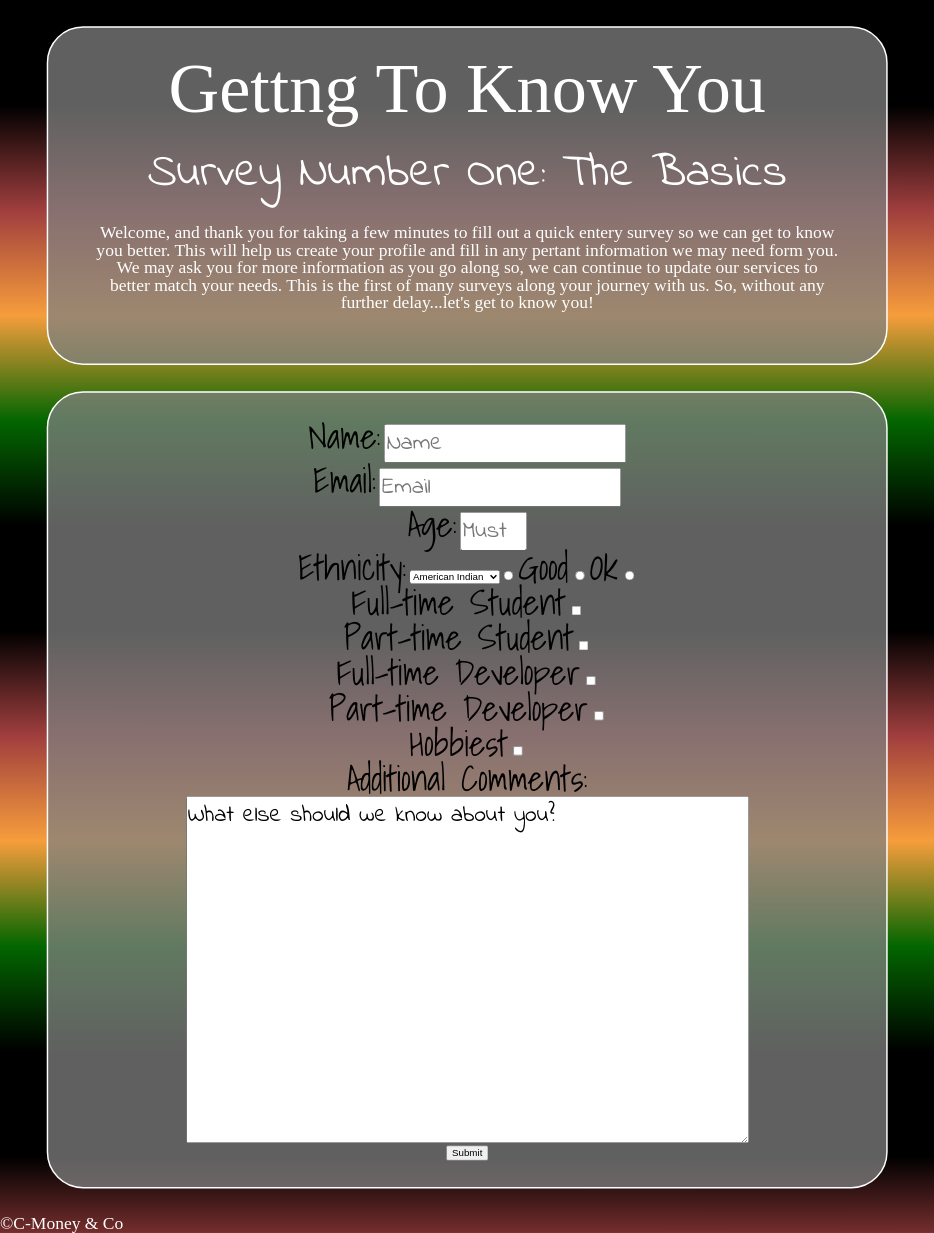
Repository: ctcoleman/surveyForm
Page: index.html
An editor plug-in stored every save of this project. The page is shown before and after a run of saves, followed by the edit.
The browser window is 1280 px wide. The pictures show the whole page, at 73% of full size.
Some web fonts or font styles are not loaded; a fallback is used.

Above is the page before, as saved 2020-06-29 11:20:02.

### index.html
<!DOCTYPE html>
<html lang="en">

<!-- Head -->

<head>
  <meta name="description" content="Survey Form Example Project">
  <meta name="author" content="Christopher Coleman">
  <meta name="title" content="Survey Form Project">
  <meta name="keywords" content="Survey, Forms, HTML, CSS, Example, Project" <meta name="viewport"
    content="width=device-width, initial-scale=1.0">
  <meta charset="UTF-8">
  <link rel="stylesheet" type="text/css" href="/assets/stylesheets/index.css">
  <link
    href="https://fonts.googleapis.com/css2?family=Holtwood+One+SC&family=Indie+Flower&family=Shadows+Into+Light&display=swap"
    rel="stylesheet">
  <title>.:Getting to know you:.</title>
</head>

<!-- Body -->

<body>


  <!-- Main Content-->
  <main id="main">

    <!-- Header -->
    <header id="titleHeading" class="heading">
      <h1 id="title">Gettng To Know You</h1>
      <h2>Survey Number One: The Basics</h2>
      <section class="descriptionSection">
        <p id="description">Welcome, and thank you for taking a few minutes to fill out a quick entery survey so we can
          get to know you better. This will help us create your profile and fill in any pertant information we may need
          form you. We may ask you for more information as you go along so, we can continue to update our services to
          better match your needs. This is the first of many surveys along your journey with us. So, without any further
          delay...let's get to know you!</p>
      </section>
    </header>

    <!-- Survey Form -->
    <form id="survey-form" class="formWrapper" action="#" method="post">
      <!-- Name -->
      <div class="formEntery nameEntery">
        <label id="name-label" for="name">Name:</label>
        <input type="text" id="name" name="user_name" placeholder="Name" required>
      </div>
      <!-- E-Mail -->
      <div class="formEntery emailEntery">
        <label id="email-label" for="email">Email:</label>
        <input type="email" id="email" name="user_email" placeholder="Email" required>
      </div>
      <!-- Number -->
      <div class="formEntery numberEntery">
        <label id="number-label" for="number">Age:</label>
        <input type="number" id="number" placeholder="Must be older than 18" min="18" max="150">
      </div>
      <!-- Dropdown -->
      <div id="dropDownEntery" class="formEntery">
        <label for="dropdown-label">Ethnicity:</label>
        <select type="dropdown" id="dropdown" placeholder="Select from the following" required>
          <option value="americanIndian">American Indian</option>
          <option value="asian">Asian</option>
          <option value="africanAmerican">African American</option>
          <option value="hispanic">Hispanic</option>
          <option value="pacificIslander">Pacific Islander</option>
          <option value="white">White</option>
      </div>
      <!-- Radio Buttons -->
      <div id="radioButtons" class="formEntery radioButtons">

        <label for="radioGreat">Great</label>
        <input class="radio" type="radio" id="radioGreat" name="radio" value="Great">

        <label for="radioGood">Good</label>
        <input class="radio" type="radio" id="radioGood" name="radio" value="Good">

        <label for="radioOk">Ok</label>
        <input class="radio" type="radio" id="radioOk" name="radio" value="Ok">

      </div>

      <div id="checkboxInputs" class="formEntery checkbox">
        <div id="fullTimeStudentCheck">
          <label for="fullTimeStudent">Full-time Student</label>
          <input type="checkbox" id="fullTimeStudent" name="Full-time Student" value="Full-time Student">
        </div>
        <div id="partTimeStudentCheck">
          <label for="partTimeStudent">Part-time Student</label>
          <input type="checkbox" id="partTimeStudent" name="Part-time Student" value="Part-time Student">
        </div>
        <div id="fullTimeDeveloperCheck">
          <label for="fullTimeDev">Full-time Developer</label>
          <input type="checkbox" id="fullTimeDev" name="Full-time Developer" value="Full-time Developer">
        </div>
        <div id="partTimeDeveloperCheck">
          <label for="partTimeDev">Part-time Developer</label>
          <input type="checkbox" id="partTimeDev" name="Part-time Developer" value="Part-time Developer">
        </div>
        <div id="hobbiestCheckbox">
          <label for="hobbiest">Hobbiest</label>
          <input type="checkbox" id="hobbiest" name="Hobbiest" value="hobbiest">
        </div>
      </div>
      <div id="textarea">
        <label for="additionalComments">Additional Comments:</label>
        <textarea id="additionalComments" name="additionalComments" rows="10"
          cols="50">What else should we know about you? </textarea>
      </div>

      <button type="submit" id="submit" form="survey-form" value="Submit">Submit</button>
    </form>


    <!-- Footer -->
    <footer>
      <p>&copy;C-Money & Co</p>
    </footer>
  </main>

  <script src='https://cdn.freecodecamp.org/testable-projects-fcc/v1/bundle.js'></script>
</body>

</html>

### assets/stylesheets/index.css

/*
=== CSS Reset ===
  http://meyerweb.com/eric/tools/css/reset/ ]
  v2.0 | 20110126
  License: none (public domain)
*/

html, body, div, span, applet, object, iframe,
h1, h2, h3, h4, h5, h6, p, blockquote, pre,
a, abbr, acronym, address, big, cite, code,
del, dfn, em, img, ins, kbd, q, s, samp,
small, strike, strong, sub, sup, tt, var,
b, u, i, center,
dl, dt, dd, ol, ul, li,
fieldset, form, label, legend,
table, caption, tbody, tfoot, thead, tr, th, td,
article, aside, canvas, details, embed,
figure, figcaption, footer, header, hgroup,
menu, nav, output, ruby, section, summary,
time, mark, audio, video {
	margin: 0;
	padding: 0;
	border: 0;
	font-size: 62.5%;
	font: inherit;
  vertical-align: baseline;
  box-sizing: border-box;
}
/* HTML5 display-role reset for older browsers */
article, aside, details, figcaption, figure,
footer, header, hgroup, menu, nav, section {
	display: block;
}
body {
	line-height: 1;
}
ol, ul {
	list-style: none;
}
a {
  text-decoration: none;
}
blockquote, q {
	quotes: none;
}
blockquote:before, blockquote:after,
q:before, q:after {
	content: '';
	content: none;
}
table {
	border-collapse: collapse;
	border-spacing: 0;
}
/*
=== Fonts Used ===
font-family: 'Holtwood One SC', serif;
font-family: 'Indie Flower', cursive;
font-family: 'Shadows Into Light', cursive;
/*

=== Basic Styling ===
*/
html {
  background-image: linear-gradient( #000000 20%, #a03e3e 40%, #f69d3c 60%, #036600 80%, #000000 100%);
  height: 100%;
 }

h1 {
  color: white;
  font-family: 'Holtwood One SC', serif;
  font-size: 6rem;
}

h2 {
  color: white;
  font-family: 'Indie Flower', cursive;
  font-size: 4rem;
}

p {
  color: white;
  font-size: 1.5rem;
}

/*
=== Header Styleing ===
*/

header {
  background: rgba(128, 128, 128, 0.75);
  padding: 5vh 5vw;
  margin: 5vh 5vw;
  text-align: center;
  border: 2px solid white;
  border-radius: 50px;
}
#title {
  margin-bottom: 5vh;
}
#description {
  margin: 5vh 0;
}

/*
=== Basic Form Styling ===
*/

#survey-form {
  background: rgba(128, 128, 128, 0.75);
  padding: 5vh 5vw;
  margin: 5vh 5vw;
  text-align: center;
  border: 2px solid white;
  border-radius: 50px;
  display: flex;
  flex-direction: column;
  align-items: center;
}
#survey-form label {
  font-size: 3rem;
  font-family: 'Shadows Into Light', cursive;
}
#survey-form input,
#survey-form textarea {
  font-size: 2rem;
  font-family: 'Indie Flower', cursive;
}

/*
=== Name Styling ===
*/
#nameEntery {
  margin-bottom: 10vh;
}
/*
=== Email Styling ===
*/

/*
=== Age Styling ===
*/

/*
=== Radio Button Styling ===
*/

/*
=== Checkbox Styling ===
*/

/*
=== Textarea Styling ===
*/

/*
=== Submit Button Styling ===
*/

After the next 2 saves:
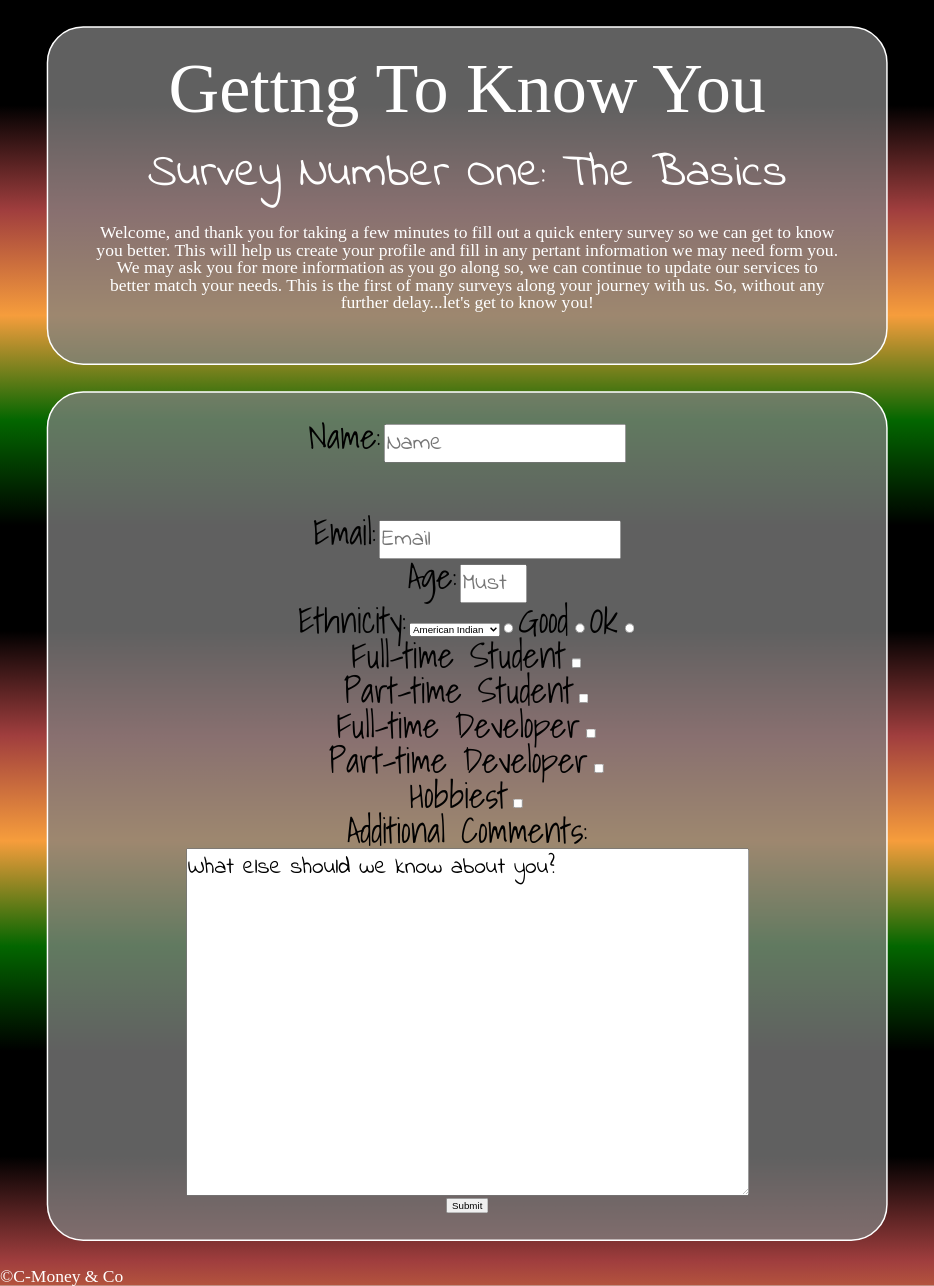
The 2 saves are shown as one change because they came seconds apart.
The last was saved 43 s later.
--- a/assets/stylesheets/index.css
+++ b/assets/stylesheets/index.css
@@ -131,7 +131,7 @@ header {
 /*
 === Name Styling ===
 */
-#nameEntery {
+.nameEntery {
   margin-bottom: 10vh;
 }
 /*
